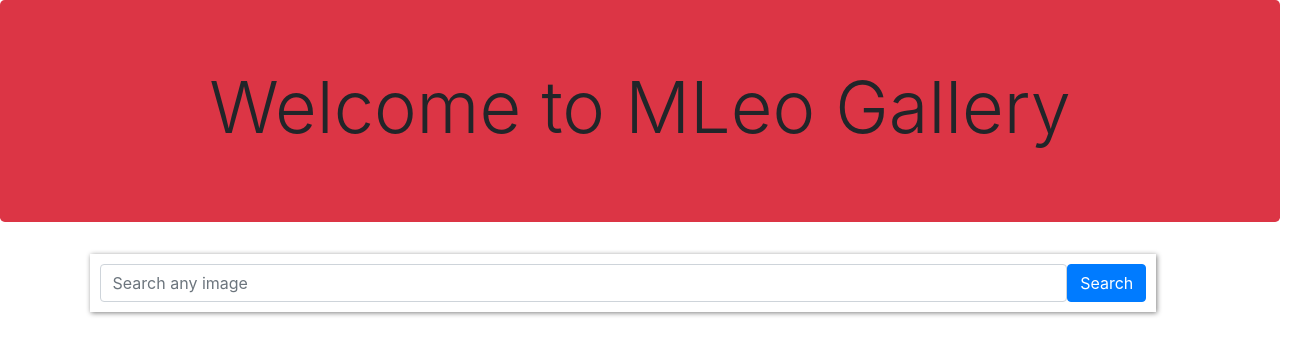
Repository: the-manohar/gallery
Page: /
These files come from the project's save history. The page is drawn as it stood at one moment and after the next save; the edit follows.
The browser window is 1280 px wide. The page is 1295 px wide, so the pictures cover 1295 px, including what lies to the right of the window. The pictures show the whole page.
The project was rebuilt for these pictures with package versions that can differ from the ones it lists, and the page was loaded fresh each time.

Above is the page before, as saved 2020-06-18 23:38:37.

### src/index.js
import React from "react";
import ReactDOM from "react-dom";
import "./index.css";
import "bootstrap/dist/css/bootstrap.css";
import App from "./App";
import * as serviceWorker from "./serviceWorker";

ReactDOM.render(
  <React.StrictMode>
    <App />
  </React.StrictMode>,
  document.getElementById("root")
);

// If you want your app to work offline and load faster, you can change
// unregister() to register() below. Note this comes with some pitfalls.
// Learn more about service workers: https://bit.ly/CRA-PWA
serviceWorker.unregister();

### src/App.js
import React, { useState } from "react";
import { Button, InputGroup, Input, Jumbotron, Spinner } from "reactstrap";

import "./App.css";

function App() {
  const [value, setValue] = useState("");
  const [result, setResult] = useState([]);
  const fetchImages = () => {
    fetch(
      `https://api.unsplash.com/search/photos/?client_id=V38aA4zOjg1Xb1lBpNRUAK8duXvqwhDHHJbssXB_Pps&query=${value}&orientation=squarish&per_page=18`
    )
      .then((res) => res.json())
      .then((data) => {
        setResult(data.results);
      });
  };
  return (
    <div className="row">
      <div className="App col-sm-5 col-md-12 col-xs-8">
        <Jumbotron className="bg-danger">
          <h1 className="display-3">Welcome to MLeo Gallery</h1>
        </Jumbotron>
        <div className="mydiv col-sm-4 col-md-10 col-xs-4">
          <InputGroup>
            <Input
              placeholder="Search any image"
              value={value}
              onChange={(event) => setValue(event.target.value)}
            />
          </InputGroup>
          <Button color="primary" onClick={() => fetchImages()}>
            Search
          </Button>
        </div>

        {
          result.length > 0 ? (
            <div className="col-sm-12">
              {result.map((item) => {
                return (
                  <img
                    className=" img-thumbnail"
                    key={item.id}
                    src={item.urls.small}
                    alt={item.urls.small}
                  />
                );
              })}
            </div>
          ) : null
          // <Spinner style={{ width: "3rem", height: "3rem" }} />
        }
      </div>
    </div>
  );
}

export default App;

//

### src/App.css
.App {
  text-align: center;
}
.mydiv {
  display: flex;
  justify-content: space-around;
  margin: 10px 7%;
  box-shadow: 1px 1px 5px grey;
  padding: 10px;
}

.gallery {
  display: flex;
  flex-wrap: wrap;
  justify-content: space-around;
}
.item {
  width: 30%;
  margin: 5px;
}

Loaded but not shown: public/index.html (common file); src/index.css (common file); src/serviceWorker.js (common file)

After the next save:
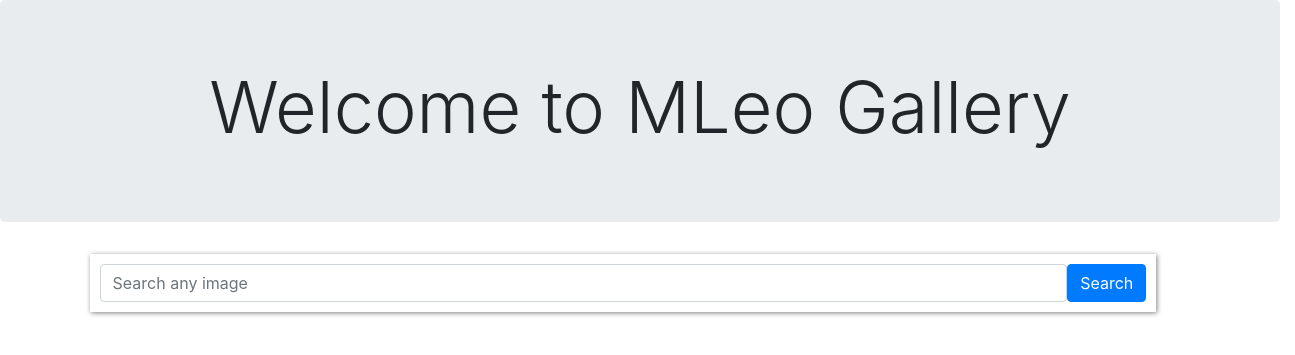
Saved 33 s later.
--- a/src/App.js
+++ b/src/App.js
@@ -18,7 +18,7 @@ function App() {
   return (
     <div className="row">
       <div className="App col-sm-5 col-md-12 col-xs-8">
-        <Jumbotron className="bg-danger">
+        <Jumbotron className="bg-maroon">
           <h1 className="display-3">Welcome to MLeo Gallery</h1>
         </Jumbotron>
         <div className="mydiv col-sm-4 col-md-10 col-xs-4">
